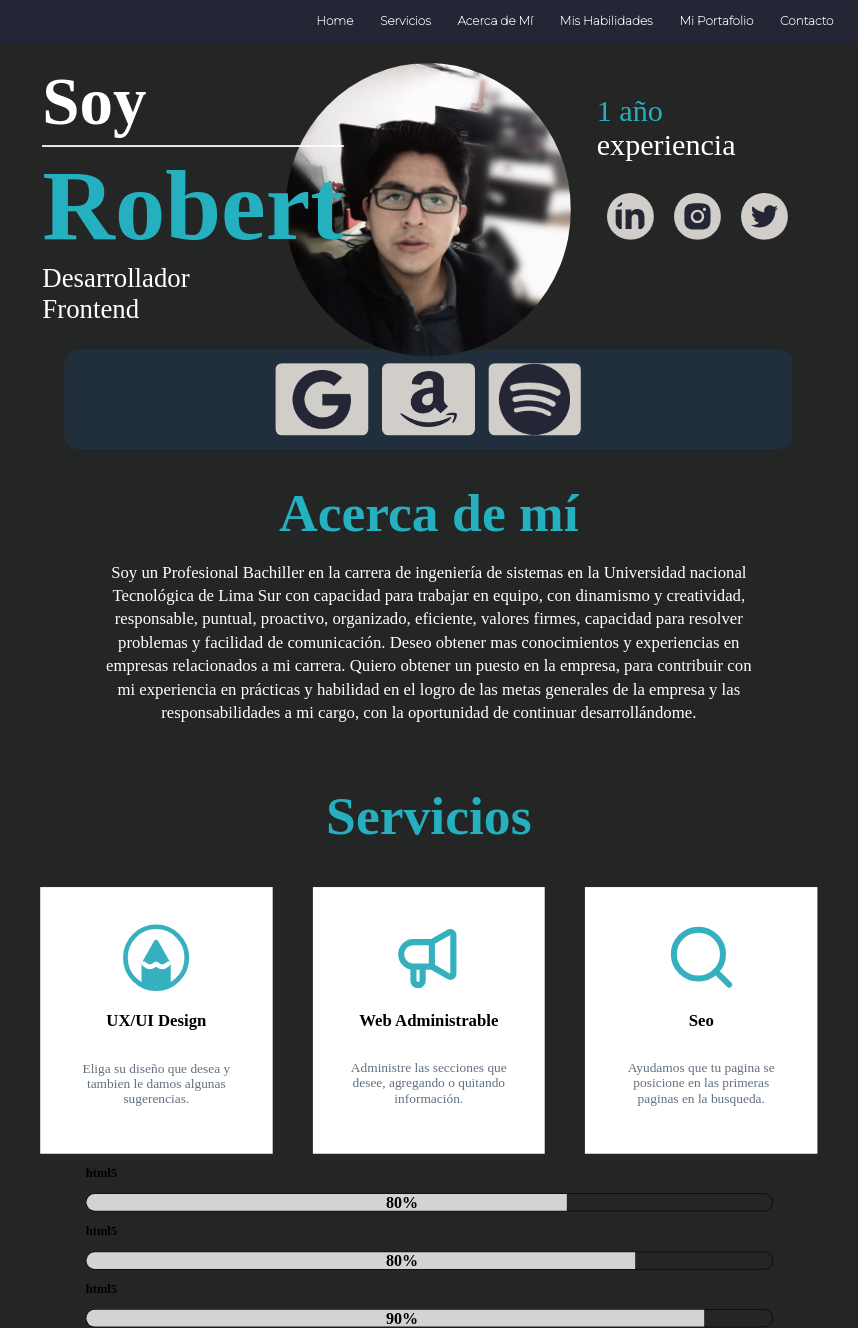
Repository: RobertAries28/PortafolioRobertEscalanteGomez2022
Page: index.html
An editor plug-in stored every save of this project. The page is shown before and after the next save, followed by the edit.
The browser window is 1280 px wide. The pictures show the whole page, at 67% of full size.

Above is the page before, as saved 2022-02-15 18:57:47.

### index.html
<!DOCTYPE html>
<html lang="en">
<head>
    <meta charset="UTF-8">
    <meta http-equiv="X-UA-Compatible" content="IE=edge">
    <meta name="viewport" content="width=device-width, initial-scale=1.0">
    <link rel="preconnect" href="https://fonts.googleapis.com">
<link rel="preconnect" href="https://fonts.gstatic.com" crossorigin>
<link href="https://fonts.googleapis.com/css2?family=Montserrat:wght@100&display=swap" rel="stylesheet">
    <link rel="stylesheet" href="estilos.css">
    <title>Document</title>
</head>
<body>
    <header class="main-header">
        <div class="l-container">

        <div class="main-menu-toggle" id="main-menu-toggle"></div>
             <nav class="main-nav" id="main-nav">
                 <ul class="main-menu">
                       <li class="main-menu__item">
                           <a class="main-menu__link" href="#">
                              Home
                           </a>
                       </li>

                       <li class="main-menu__item">
                         <a class="main-menu__link" href="#servicios">
                           Servicios
                         </a>
                       </li>

                       <li class="main-menu__item">
                        <a class="main-menu__link" href="#acercaMi">
                          Acerca de Mí
                        </a>
                       </li>


                     <li class="main-menu__item">
                         <a class="main-menu__link" href="#">
                           Mis Habilidades
                         </a>
                     </li>

                     <li class="main-menu__item">
                        <a class="main-menu__link" href="#">
                         Mi Portafolio
                        </a>
                    </li>

                    <li class="main-menu__item">
                        <a class="main-menu__link" href="#">
                         Contacto
                        </a>
                    </li>


                 </ul>
             </nav>


        </div>
     </header>
     <main>
        <div class="main-nombre">
              <h2>Soy</h2><hr color="white"/>
              <h1>Robert</h1>
              <p class="parrafo">Desarrollador <br> Frontend</p>
        </div>

        <div class="main-imagen">
              <img src="imagenes/fotoPerfil.jpeg" alt="">
        </div>

        <div class="main-experiencia">
               <p><span>1 año</span><br>experiencia</p>
               <div>
                 <img src="imagenes/linkedin.svg" alt="">
                 <img src="imagenes/instagram.svg" alt="">
                 <img src="imagenes/twitter.svg" alt="">
               </div>
        </div>

        <div class="main-iconos">
          <div>
             <img src="imagenes/gmail.png" alt="">
             <img src="imagenes/amazon.png" alt="">
             <img src="imagenes/spotify.png" alt="">
            </div>
        </div>
    </main>

    <section id="acercaMi">
      <h2>Acerca de mí</h2>
      <p>Soy un Profesional Bachiller en la carrera de ingeniería de sistemas en la Universidad nacional Tecnológica de Lima Sur con capacidad para trabajar en equipo, con dinamismo y creatividad, responsable, puntual, proactivo, organizado, eficiente, valores firmes, capacidad para resolver problemas y facilidad de comunicación. Deseo obtener mas conocimientos y experiencias en empresas relacionados a mi carrera.

        Quiero obtener un puesto en la empresa, para contribuir con mi experiencia en prácticas y habilidad en el logro de las metas generales de la empresa y las responsabilidades a mi cargo, con la oportunidad de continuar desarrollándome.</p>
    </section>

    <aside id="servicios">
      <h2 class="servicios">Servicios</h2>
      <div class="diseño">
        <img src="imagenes/pincel.svg" alt="">
        <h3>UX/UI Design</h3>
        <p>Eliga su diseño que desea y tambien le damos algunas sugerencias.</p>
      </div>

      <div class="marketing">
        <img src="imagenes/marketing.svg" alt="">
        <h3>Web Administrable</h3>
        <p>Administre las secciones que desee, agregando o quitando información.</p>
      </div>

      <div class="seo">
        <img src="imagenes/lupa.svg" alt="">
        <h3>Seo</h3>
        <p>Ayudamos que tu pagina se posicione en las primeras paginas en la busqueda.</p>
      </div>
    </aside>

    <article class="habilidades">
      <div class="caja">
          <h3>html5</h3>
          <div class="contenedor">

              <h2 class="numb">70%</h2>
              <div class="relleno">
              </div>


         </div>
      </div>

      <div class="caja">
          <h3>html5</h3>
          <div class="contenedor">

              <h2 class="numb2">80%</h2>
              <div class="relleno relleno2">
              </div>


         </div>
      </div>

      <div class="caja">
          <h3>html5</h3>
          <div class="contenedor">

              <h2 class="numb3">90%</h2>
              <div class="relleno relleno3">
              </div>


         </div>
      </div>

    </article>




    <script src="javascript.js"></script>
</body>
</html>

### estilos.css
body{
    margin: 0;
    background: #242625;
}

.main-header{
    height: 4rem;
    background: #242635;
    position:sticky;

	top:0;

}
.l-container{
    max-width: 100%;
    padding-left: 1rem;
    padding-right: 1rem;
    display: flex;
    justify-content: space-between;
    align-items: center;

    height: 100%;
    color: white;

}
.main-menu{
    margin-top: 0;
    margin-bottom: 0;
    padding-left: 0;
    list-style: none;
    display: flex;
}

.main-menu li{
    padding: 0 20px;
}

a{
  text-decoration: none;
  color: white;
  font-family: 'Montserrat', sans-serif;
  font-size: 18px;
  font-weight: bold;
}


/*main*/

main{
    display: grid;
    grid-template-columns: 33.3% 33.3% 33.3%;
    grid-template-rows: repeat(3,auto);
    justify-items: center;
    padding-top: 30px;

}

.main-nombre{
    margin-left: 150px ;

}

.main-nombre h1{
    font-size: 150px;

    color: #24B0BE;
    margin: 0;
}

.main-nombre h2{
    font-size: 100px;
    margin: 0;

    color: white;
}

.main-nombre .parrafo{
    color: white;
    font-size: 40px;
    margin: 0;

}
.main-nombre hr{
    margin-bottom: 0;

}

.main-imagen{

    z-index: -10;


}

.main-imagen img{

    width: 100%;
    height: 100%;
    border-radius: 50%;
    min-width: 20%;



}

.main-experiencia{
    margin-right: 50px;
}

.main-experiencia p{
    color: white;
    font-size: 45px;

}

.main-experiencia span{
    color: #24B0BE;
    padding-right: 5px;
}

.main-experiencia img{
    background: #D1CECA;
    width: 50px;

    border-radius: 50%;
    padding: 10px;
    margin: 0 15px;
}

.main-experiencia div{
    display: flex;
    justify-content: center;
}

.main-iconos{
   grid-column: 1 / span 3;
 justify-self: center;
   background: #212F3C;
  width:85%;
  position: relative;
 top: -10px;
 border-radius: 20px;
 z-index: -500;
}

.main-iconos div{
    display: flex;
  justify-content: center;
}

.main-iconos img{
    width: 10%;

  background: #D1CECA;
  padding: 0 15px;
  margin: 20px 10px;
  border-radius: 10px;
}

/*section*/
section{
 margin: 0 50px;
 padding: 0 100px;
}
section h2{
    text-align: center;
    font-size: 80px;
    margin-top: 40px ;
    margin-bottom: 20px;
    color: #24B0BE;
}

section p{
    text-align: center;
    color: white;
    font-size: 25px;
    line-height: 35px;
}

/* aside serivicios*/

aside{
    margin: 0 60px;
    display: grid;
    grid-gap: 60px;
    grid-template-columns: 1fr 1fr 1fr;
    grid-template-rows: auto auto;

    grid-template-areas: "servicios servicios servicios"
                         "diseño marketing seo";



}

aside p{
    color: #62707E;
    text-align: center;
    font-size: 20px;
}

aside h3{
    color: black;
    font-size: 25px;
}

aside .servicios{
    grid-area: servicios;
    text-align: center;
    font-size: 80px;
    color: #24B0BE;
    margin-bottom: 0;

}


aside .diseño{
    grid-area: diseño;
    background: white;
}

aside .marketing{
    grid-area: marketing;
    background: white;
}

aside .seo{
    grid-area: seo;
    background: white;
}

aside div{
    display: flex;
    flex-direction: column;
   align-items: center;
   padding: 50px;
}

/*article habilidades*/

.habilidades {
    width: 100%;

    margin: auto;
    display: flex;
    flex-direction: column;
    align-items: center;


}

.caja{
    width: 80%;
}

.contenedor {
    width: 100%;
    height: 25px;
    border: 1px solid black;
    align-self: center;
    border-top-left-radius: 50px;
    border-top-right-radius: 50px;
    border-bottom-left-radius: 50px;
    border-bottom-right-radius: 50px;
    margin-right: 0;
}

.relleno {
    width: 0px;
    height: 100%;
    background: lightgrey;
    border-top-left-radius: 50px;
    border-bottom-left-radius: 50px;
    animation-name: coloreado;
    animation-delay: 0s;
    animation-duration: 3s;
    animation-timing-function: cubic-bezier(.17, .67, .83, .67);
    animation-fill-mode: forwards;
}

.relleno2{
    animation-name: coloreado2;
    animation-delay: 0s;
    animation-duration: 3s;
    animation-timing-function: cubic-bezier(.17, .67, .83, .67);
    animation-fill-mode: forwards;
}

.relleno3{
    animation-name: coloreado3;
    animation-delay: 0s;
    animation-duration: 3s;
    animation-timing-function: cubic-bezier(.17, .67, .83, .67);
    animation-fill-mode: forwards;
}

.contenedor h2 {
    position: absolute;
    left: 45%;
    margin: 0 auto;
}

.contenedor h3 {
    text-align: center;
    margin: 10px auto;
}

@keyframes coloreado {
    10% {
        width: 0%;
    }
    100% {
        width: 70%;
    }
}

@keyframes coloreado2 {
    10% {
        width: 0%;
    }
    100% {
        width: 80%;
    }
}

@keyframes coloreado3 {
    10% {
        width: 0%;
    }
    100% {
        width: 90%;
    }
}

@media screen and ( max-width: 768px){



.main-menu__item{
    padding: .5rem 0 .5rem 1rem
}

.main-menu__link{
    color: white;
    margin-left: 1rem;
}



.main-nav{
    position: fixed;
    height: calc(100vh - 4rem);
    width: 200px;
    background: black;
    top: 4rem;
    right: -200px;




}

.main-menu{
    flex-direction: column;
}

.main-menu li{
    padding: 10px 0;
}



.show{
right: 0px;
transition-duration: 1s;
transition-timing-function:ease-in-out

}

 :not(.show){
     transition-duration: 1s;
  transition-timing-function: ease-in
 }


.main-menu-toggle{
    width: 2.4rem;
    margin-left: calc(100% - 38.4px);
    height: 1.6rem;
    background: linear-gradient(white 20%, transparent 20%, transparent 40%, white 40%, white 60%, transparent 60%, transparent 80%, white 80%);
    cursor: pointer;

}

/* main*/

.main-nombre{
    margin-left: 0px;
}

.main-nombre h1{
    font-size: 30px;

    color: #24B0BE;
    margin: 0;
}

.main-nombre h2{
    font-size: 20px;
    margin: 0;

    color: white;
}

.main-nombre .parrafo{
    color: white;
    font-size: 15px;
    margin: 0;

}


.main-experiencia{
    margin-right: 10px;
}

.main-experiencia p{
    color: white;
    font-size: 15px;
    margin-top: 0;
    margin-bottom: 10px;

}



.main-experiencia img{
    background: #D1CECA;


    border-radius: 50%;
    padding: 10px;
    width: 10%;
    margin: 0 5px;
}

.main-iconos{
    border-radius: 20px;
    padding-top: 0px;
    padding-bottom: 0px;

}

.main-iconos img{
    margin-top:10px ;
    margin-bottom:10px ;
}

section h2{
 font-size: 30px;
}

section{
    padding: 0;
    margin: 0 15px;

}
section p{
    font-size: 15px;
    padding: 0;
    line-height: 25px;
}

/* aside servicios */
aside h3{
    text-align: center;
    margin-bottom: 0;
}
aside{

    grid-template-columns: 1fr 1fr 1fr;
    grid-template-rows: auto auto auto auto;
    grid-template-areas: "servicios servicios servicios"
    "diseño diseño diseño"
     "marketing marketing marketing" "seo seo seo";
}

aside .servicios{
    font-size: 30px;
}
}

### javascript.js
 const showMenu = (toggleId, navId) =>{
               const toggle = document.getElementById(toggleId),
               nav = document.getElementById(navId)

               if(toggle && nav){
                   toggle.addEventListener('mouseover' , ()=>{
                       nav.classList.toggle('show')
                   })



               }

               if(toggle && nav){
                   toggle.addEventListener('mouseout' , ()=>{
                       nav.classList.toggle('show')
                   })



               }



           }
           showMenu('main-menu-toggle','main-nav')

           const numb = document.querySelector(".numb");
           let counter = 0;
           setInterval(() => {
               if (counter == 80) {
                   clearInterval();
               } else {
                   counter += 1;
                   numb.textContent = counter + "%";
               }
           }, 35);

After the next save:
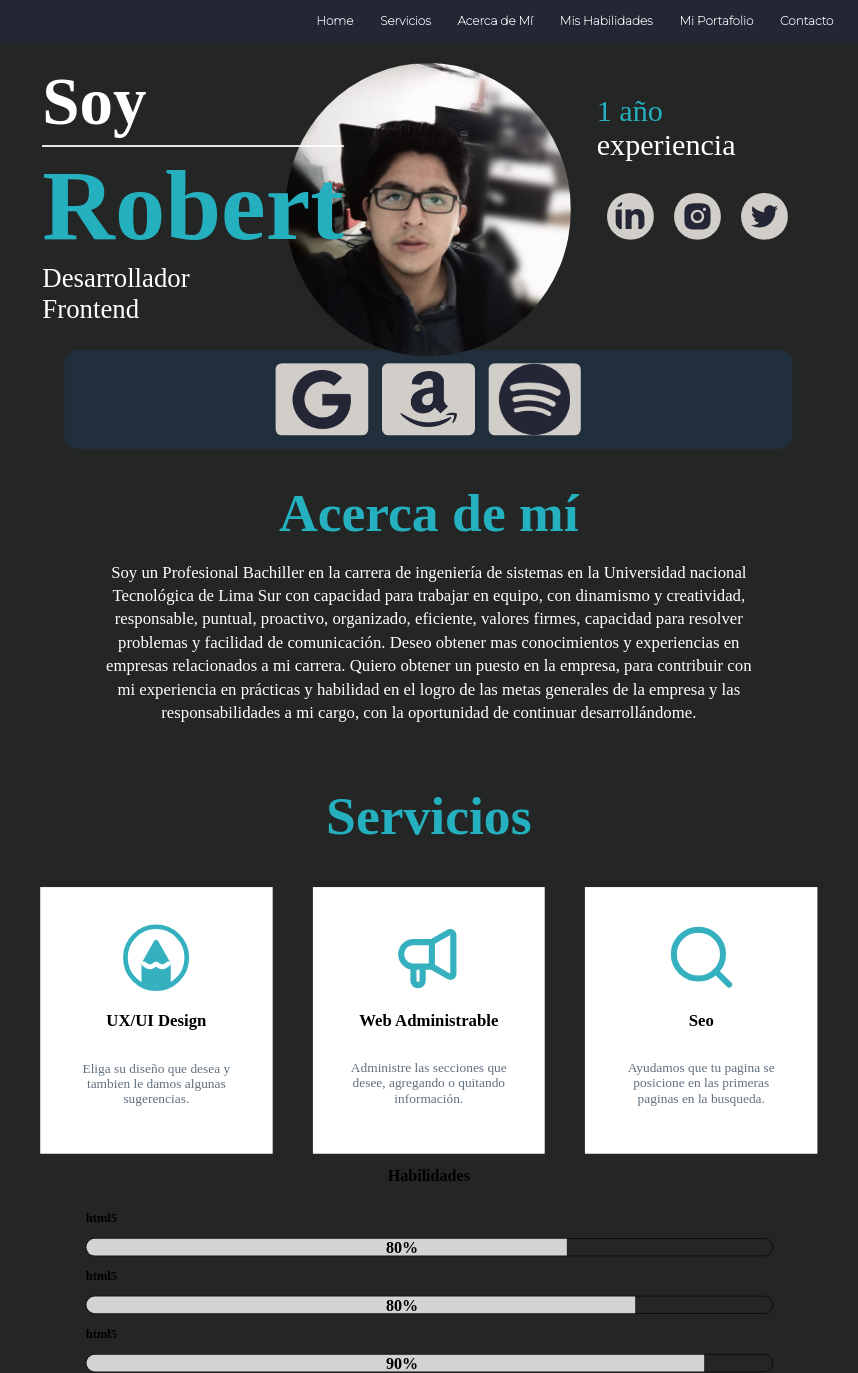
Saved 90 s later.
--- a/index.html
+++ b/index.html
@@ -119,6 +119,7 @@
     </aside>
 
     <article class="habilidades">
+      <h2>Habilidades</h2>
       <div class="caja">
           <h3>html5</h3>
           <div class="contenedor">
